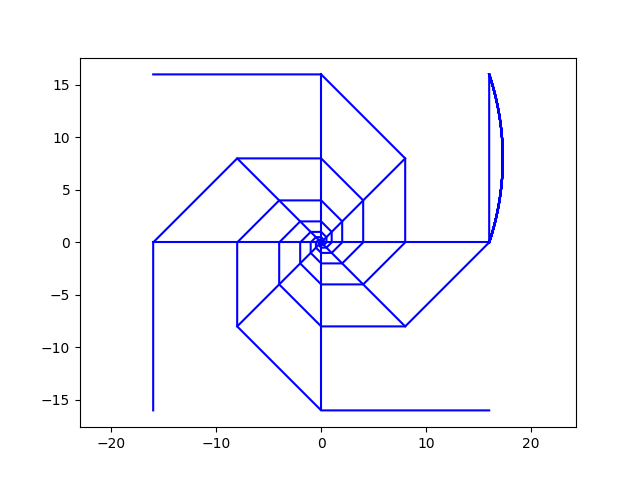
Repository: lbylzkx/Circle-Point-Manuscript
Script's output: python 卍.py
These files come from the project's save history. The script's output is drawn as it stood at one moment and after the next save; the edit follows.
Random numbers start from a fixed seed.

Above is the script's output before, as saved 2023-09-25 15:31:50.

### 卍.py
import numpy as np
import matplotlib.pyplot as plt
from arc import *
from 卍spiral import *


def x_position(n, thelta=0):
    return np.sqrt(2)**n*np.cos(n*np.pi/4+thelta)


def y_position(n, thelta=0):
    return np.sqrt(2)**n*np.sin(n*np.pi/4+thelta)


# axis
x_axis_1 = [x_position(8), x_position(8, thelta=np.pi)]
y_axis_1 = [y_position(8), y_position(8, thelta=np.pi)]
plt.plot(x_axis_1, y_axis_1, 'b')

x_axis_2 = [x_position(8, thelta=np.pi/2), x_position(8, thelta=3*np.pi/2)]
y_axis_2 = [y_position(8, thelta=np.pi/2), y_position(8, thelta=3*np.pi/2)]
plt.plot(x_axis_2, y_axis_2, 'b')

x_axis_3 = [x_position(7, thelta=0), x_position(7, thelta=np.pi)]
y_axis_3 = [y_position(7, thelta=0), y_position(7, thelta=np.pi)]
plt.plot(x_axis_3, y_axis_3, 'b')

x_axis_4 = [x_position(7, thelta=np.pi/2), x_position(7, thelta=3*np.pi/2)]
y_axis_4 = [y_position(7, thelta=np.pi/2), y_position(7, thelta=3*np.pi/2)]
plt.plot(x_axis_4, y_axis_4, 'b')
# axis

x1 = [x_position(i, thelta=0) for i in range(-10, 10)]
y1 = [y_position(i, thelta=0) for i in range(-10, 10)]
plt.plot(x1, y1, 'b')

x2 = [x_position(i, thelta=np.pi/2) for i in range(-10, 10)]
y2 = [y_position(i, thelta=np.pi/2) for i in range(-10, 10)]
plt.plot(x2, y2, 'b')

x3 = [x_position(i, thelta=np.pi) for i in range(-10, 10)]
y3 = [y_position(i, thelta=np.pi) for i in range(-10, 10)]
plt.plot(x3, y3, 'b')

x4 = [x_position(i, thelta=3*np.pi/2) for i in range(-10, 10)]
y4 = [y_position(i, thelta=3*np.pi/2) for i in range(-10, 10)]
plt.plot(x4, y4, 'b')

for n in range(-10, 8):
    arc((loutus_x_center(8), loutus_y_center(8)),
        (x_position(8), y_position(8)), (loutus_x_to(8), loutus_y_to(8)))

# arc((-8, 8), (16, 0), (16, 16))

plt.axis('equal')
plt.show()

### arc.py
import matplotlib.pyplot as plt
import numpy as np
import sys
sys.path.append('C:/Userslbylzk/Documents/BaiduSyncdisk/Flowers')

""""""
# 从point1到point2的圆弧
""""""


def arc(center, point1, point2, color='b'):
    # 计算端点到圆心的向量
    vector1 = np.array(point1) - np.array(center)
    vector2 = np.array(point2) - np.array(center)

    # 计算向量的模长
    r1 = np.linalg.norm(vector1)
    r2 = np.linalg.norm(vector2)

    # 计算向量之间的夹角
    theta1 = np.arctan2(vector1[1], vector1[0])
    theta2 = np.arctan2(vector2[1], vector2[0])

    # 确保 theta2 > theta1
    if theta2 < theta1:
        theta2 += 2 * np.pi

    # 计算圆弧上的点
    t = np.linspace(theta1, theta2, 100)
    x = center[0] + r1 * np.cos(t)
    y = center[1] + r1 * np.sin(t)

    # X,Y轴等长
    plt.axis('equal')
    # 绘制圆弧
    plt.plot(x, y, color)


# 示例
# arc((1, 1), (2, 1), (1, 0), 'r')
# arc((1, 1), (1, 0), (2, 1))
# plt.axis('equal')
# plt.show()

### 卍spiral.py
import numpy as np
import matplotlib.pyplot as plt
from arc import *


# The points of 卍 or lotus

# center:
def loutus_x_center(n, thelta=0):
    return np.sqrt(2)**(n-1)*np.cos(n*np.pi/4+3*np.pi/4+thelta)


def loutus_y_center(n, thelta=0):
    return np.sqrt(2)**(n-1)*np.sin(n*np.pi/4+3*np.pi/4+thelta)


# from:
def x_position(n, thelta=0):
    return np.sqrt(2)**n*np.cos(n*np.pi/4+thelta)


def y_position(n, thelta=0):
    return np.sqrt(2)**n*np.sin(n*np.pi/4+thelta)

# to:


def loutus_x_to(n, thelta=0):
    return np.sqrt(2)**(n+1)*np.cos(n*np.pi/4+np.pi/4+thelta)


def loutus_y_to(n, thelta=0):
    return np.sqrt(2)**(n+1)*np.sin(n*np.pi/4+np.pi/4+thelta)


# for n in range(-10, 10):
#     arc((x_position(n-1, 3*np.pi/4), y_position(n-1, 3*np.pi/4)),
#         (x_position(n), y_position(n)), (x_position(n+1, np.pi/4), y_position(n+1, np.pi/4)), 'b')
# arc()
# plt.axis('equal')
# plt.show()

After the next save:
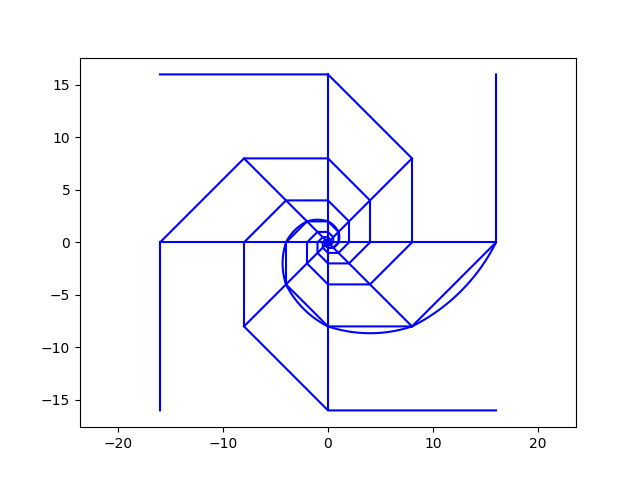
Saved 21 s later.
--- a/卍.py
+++ b/卍.py
@@ -47,8 +47,8 @@ y4 = [y_position(i, thelta=3*np.pi/2) for i in range(-10, 10)]
 plt.plot(x4, y4, 'b')
 
 for n in range(-10, 8):
-    arc((loutus_x_center(8), loutus_y_center(8)),
-        (x_position(8), y_position(8)), (loutus_x_to(8), loutus_y_to(8)))
+    arc((loutus_x_center(n), loutus_y_center(n)),
+        (x_position(n), y_position(n)), (loutus_x_to(n), loutus_y_to(n)))
 
 # arc((-8, 8), (16, 0), (16, 16))
 
